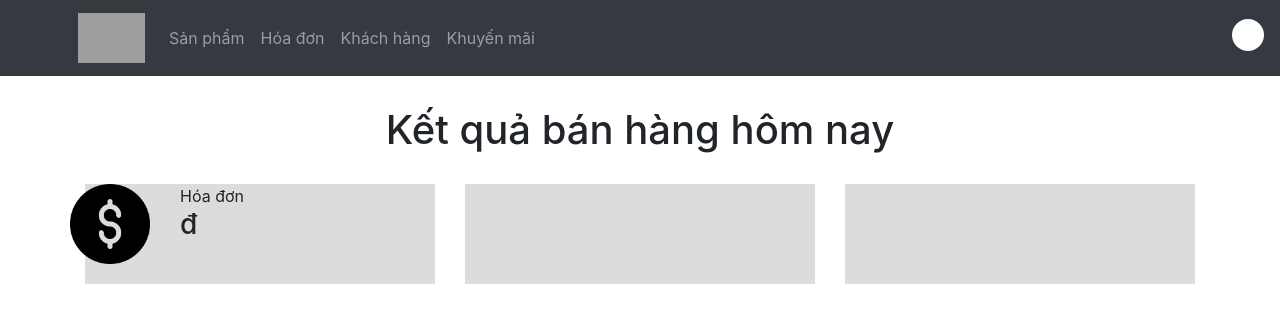
Repository: nksinh51018/THCS2
Page: http://localhost/WebBanGiay2/WEB-INF/views/AdminView.jsp
These files come from the project's save history. The page is drawn as it stood at one moment and after the next save; the edit follows.
The browser window is 1280 px wide. The pictures show the whole page.
The page is served by Tomcat 9. Nobody is signed in. The template is opened directly, without the code that normally fills it, so the values that code supplies are empty.

Above is the page before, as saved 2020-06-04 18:29:48.

After the next save:
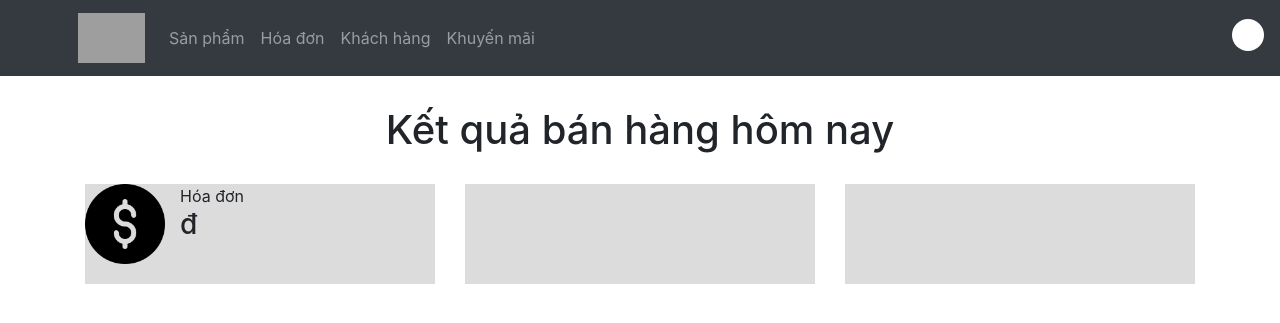
Saved 16 s later.
--- a/WebBanGiay2/src/main/webapp/WEB-INF/views/AdminView.jsp
+++ b/WebBanGiay2/src/main/webapp/WEB-INF/views/AdminView.jsp
@@ -20,7 +20,7 @@
 
 				<div style="background-color: #dcdcdc;height: 100px;margin: auto">
 					<div class="row">
-						<div class="col-md-3" style="padding-left: 0px">
+						<div class="col-md-3" style="padding-right: 0px">
 							<img class="align-middle" style="width: 100%;background-size: cover" src='<c:url value="/resources/image/money.png" />' />
 						</div>
 
